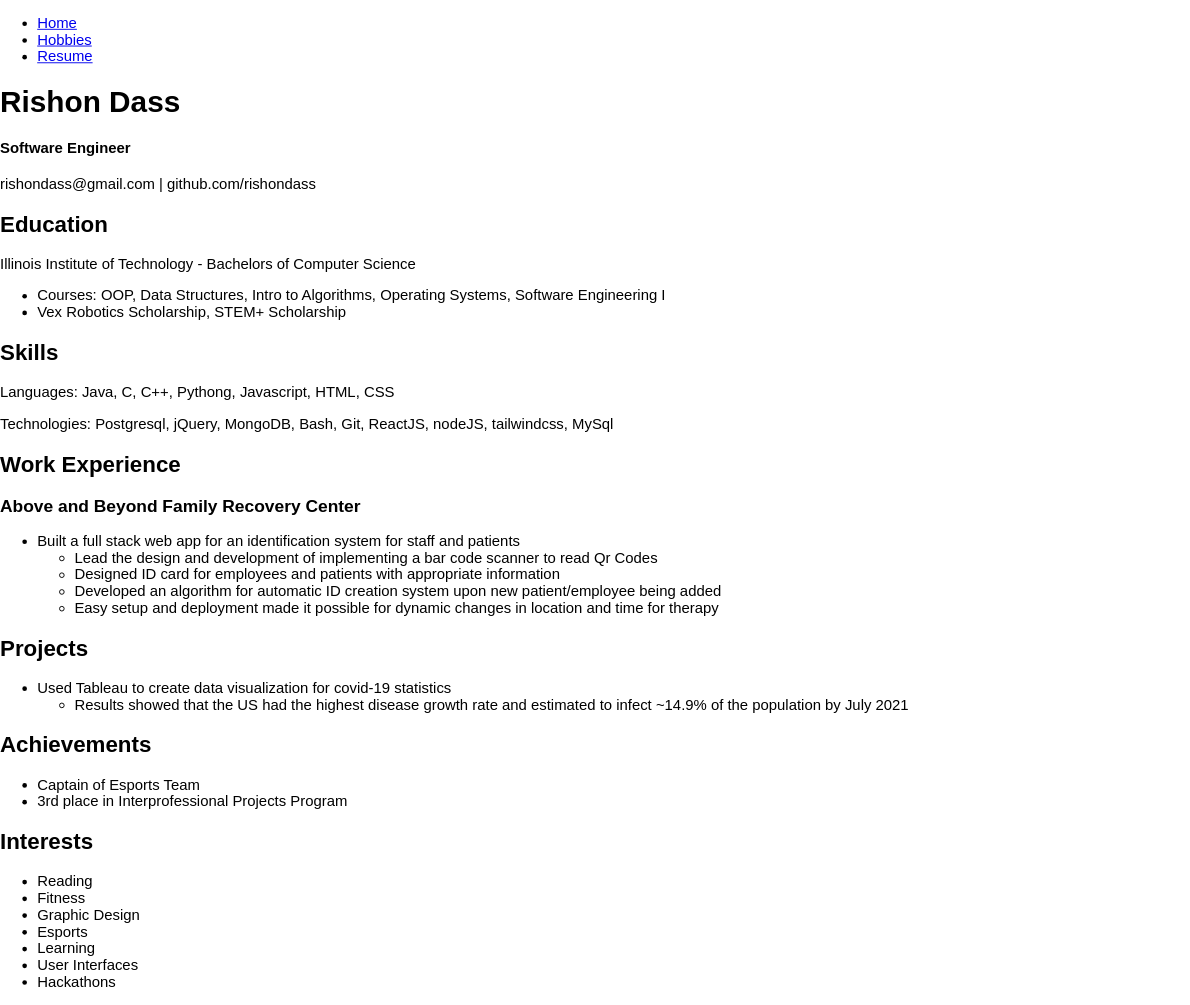
Repository: rishondass/ITMD361-Project2
Page: resume.html
The author's editor kept a copy of each file at every save. The page is drawn from the files as they stood at one save, then again after the next save.
The browser window is 1280 px wide. The pictures show the whole page, at 93% of full size.

Above is the page before, as saved 2023-03-07 21:21:38.

After the next save:
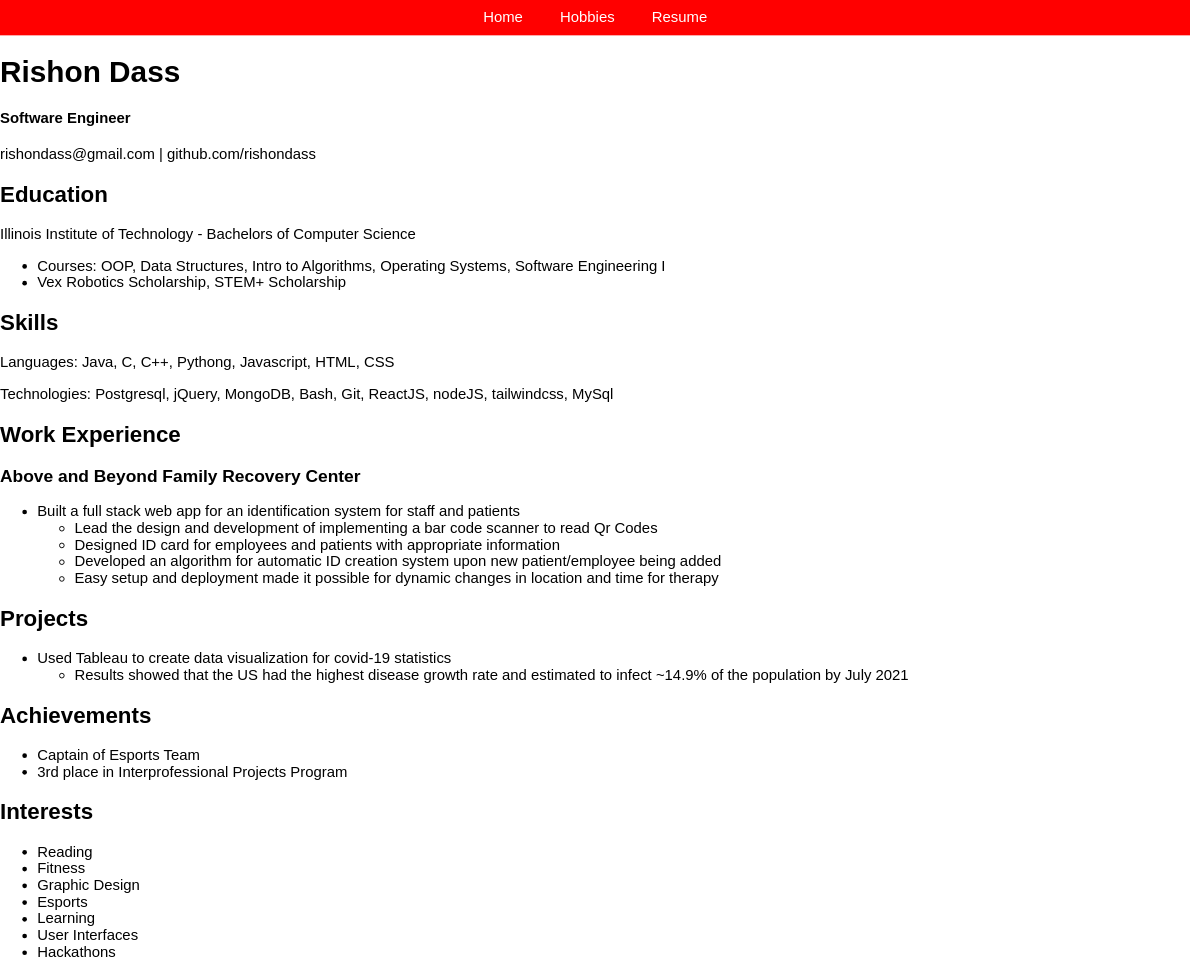
Saved 2 s later.
--- a/resume.html
+++ b/resume.html
@@ -8,7 +8,7 @@
     <title>Resume</title>
 </head>
 <body>
-    <nav>
+    <nav id="main-nav">
         <ul>
             <li>
                 <a href="index.html">Home</a>
